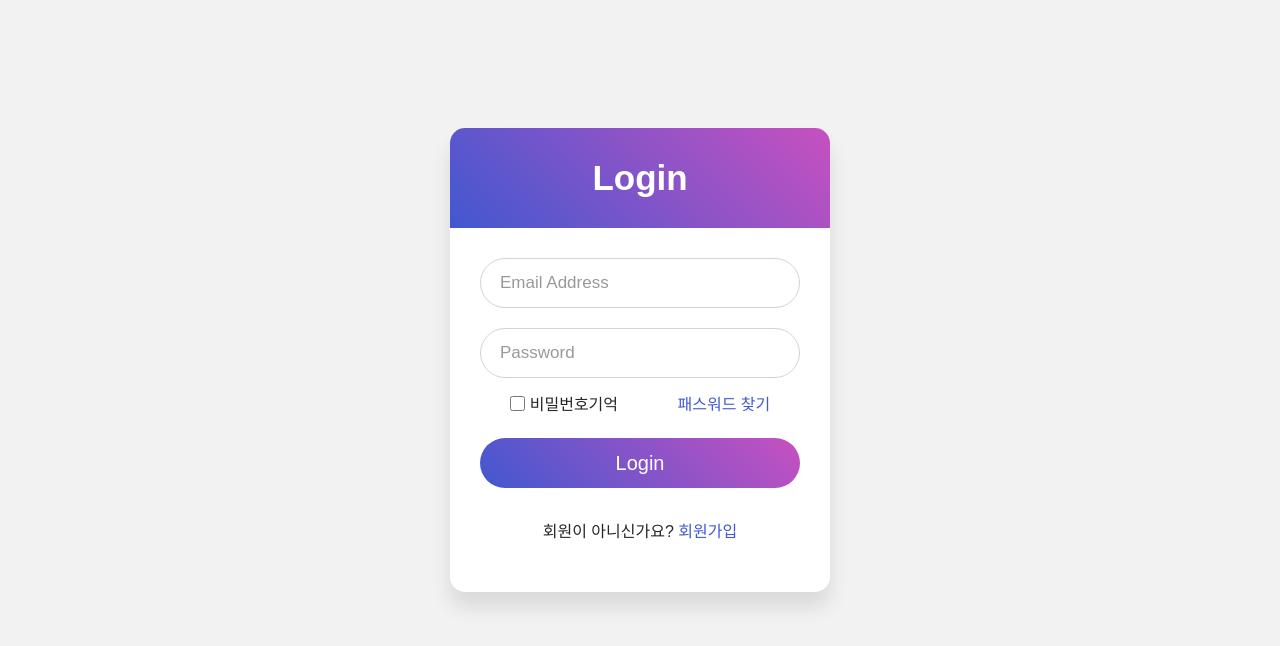
Repository: 99comcom/jsp-
Page: http://localhost/shop/user/login.jsp
The author's editor kept a copy of each file at every save. The page is drawn from the files as they stood at one save, then again after the next save.
The browser window is 1280 px wide. The pictures show the whole page.
The page is served by Tomcat 9. Nobody is signed in. The application's start-up code is not run.

Above is the page before, as saved 2022-08-22 00:00:31.

After the next save:
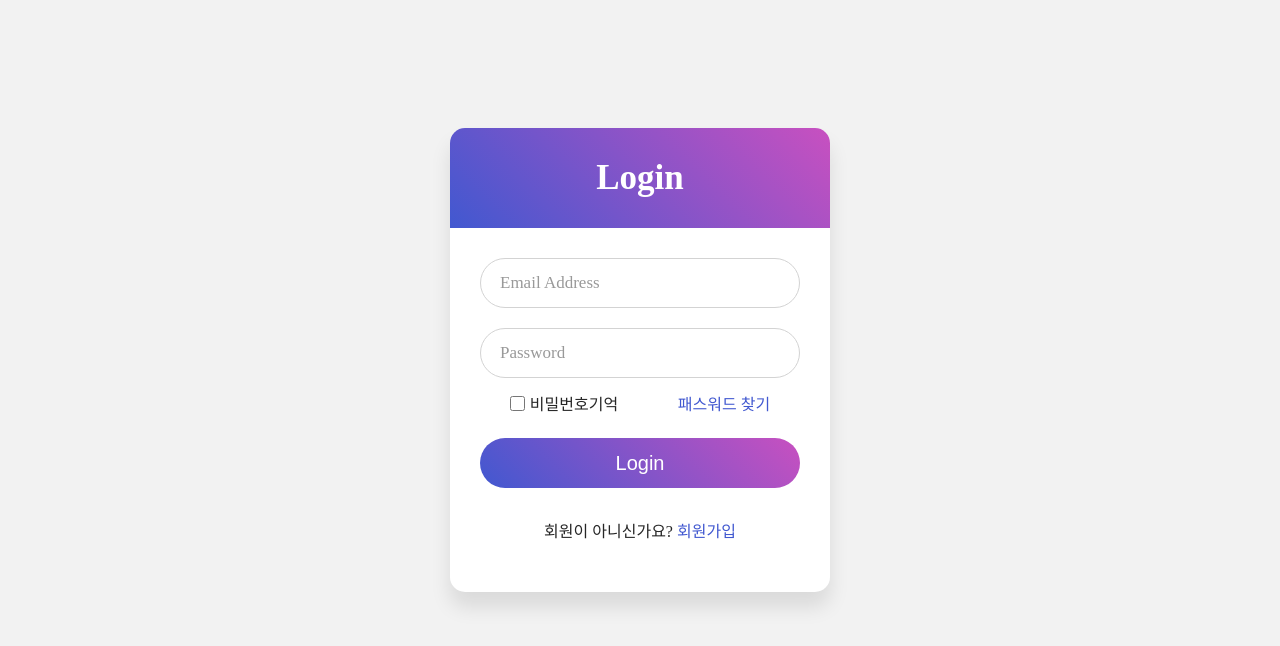
Saved 118 s later.
--- a/shop/src/main/webapp/css/login.css
+++ b/shop/src/main/webapp/css/login.css
@@ -4,7 +4,6 @@
   margin: 0;
   padding: 0;
   box-sizing: border-box;
-  font-family: 'Poppins', sans-serif;
 }
 html,body{
   display: grid;
